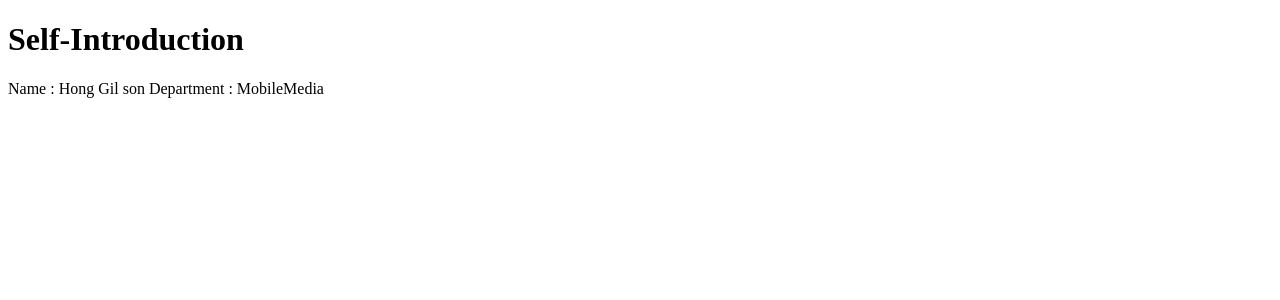
Repository: penguinjava/JSPBook
Page: http://localhost/JSPBook/hello2.jsp
The author's editor kept a copy of each file at every save. The page is drawn from the files as they stood at one save, then again after the next save.
The browser window is 1280 px wide. The pictures show the whole page.
The page is served by Tomcat 9.

Above is the page before, as saved 2024-10-30 13:56:39.

After the next save:
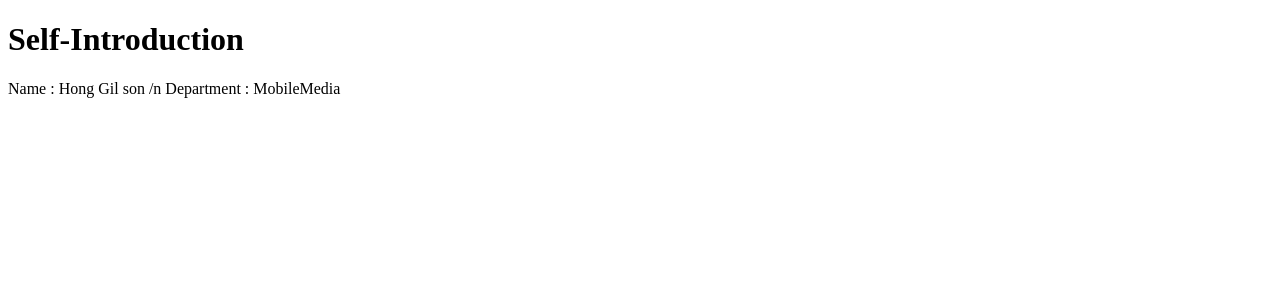
Saved 15 s later.
--- a/JSPBook/src/main/webapp/hello2.jsp
+++ b/JSPBook/src/main/webapp/hello2.jsp
@@ -9,7 +9,7 @@
 </head>
 <body>
 <h1>Self-Introduction</h1>
-Name : Hong Gil son
+Name : Hong Gil son /n
 Department : MobileMedia
 </body>
 </html>
